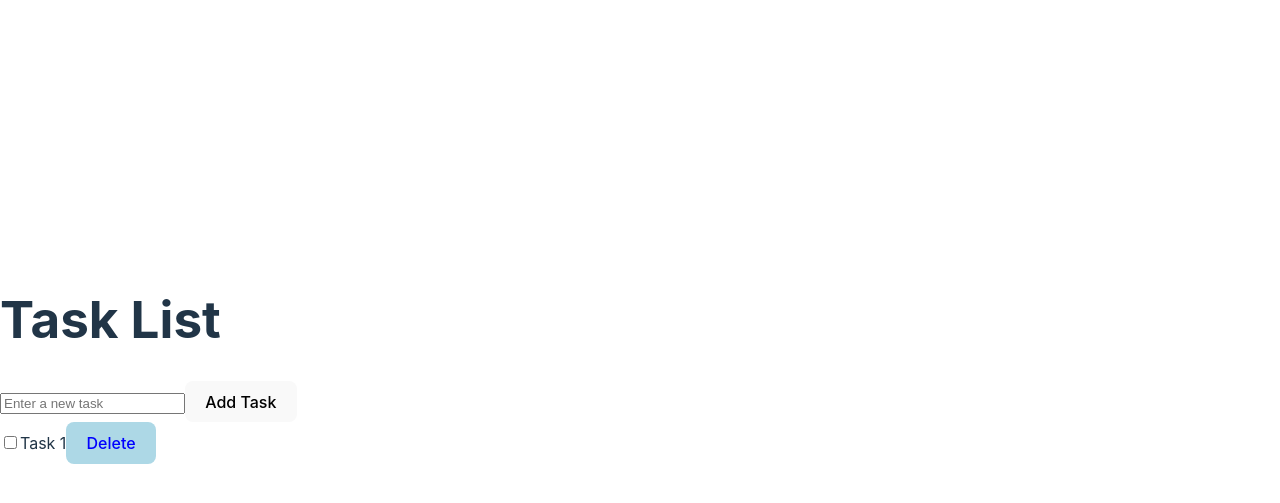
Repository: alemunden/Frontend-Lab4
Page: / (app in web-app/)
An editor plug-in stored every save of this project. The page is shown before and after the next save, followed by the edit.
The browser window is 1280 px wide. The pictures show the whole page.
The project was rebuilt for these pictures with package versions that can differ from the ones it lists, and the page was loaded fresh each time. Also part of the build but not shown: web-app/vite.config.js.

Above is the page before, as saved 2024-10-19 20:36:05.

After the next save:
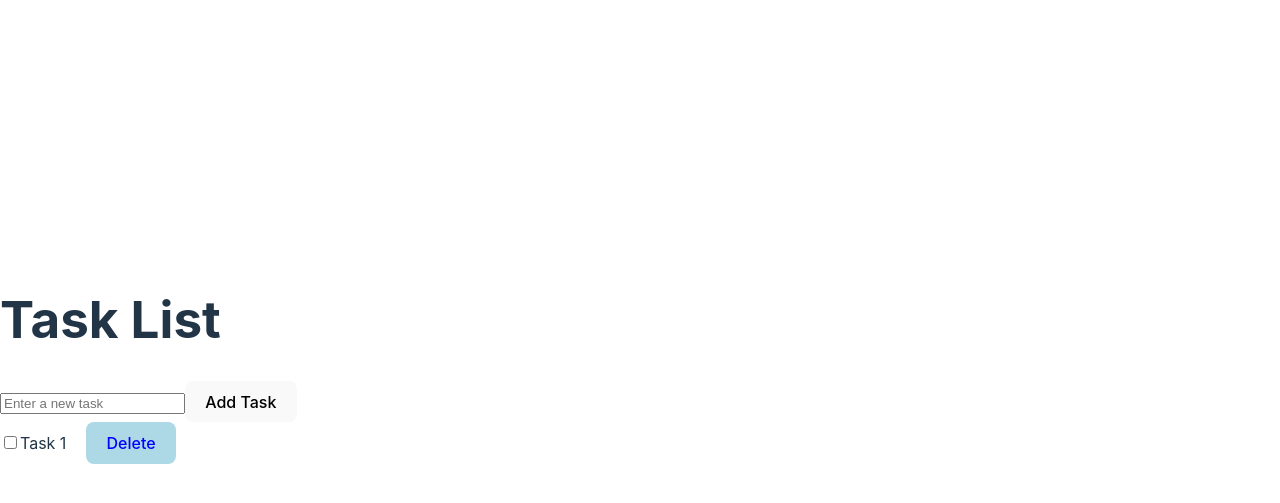
Saved 9 s later.
--- a/web-app/src/components/Task.jsx
+++ b/web-app/src/components/Task.jsx
@@ -14,7 +14,7 @@ function Task({ taskName, onDelete }) {
         onChange={toggleCompletion}
       />
       {taskName}
-      <button onClick={onDelete} id='deleteButton' style={{color: 'blue', backgroundColor: 'lightblue', marginRight: 20}}>Delete</button>
+      <button onClick={onDelete} id='deleteButton' style={{color: 'blue', backgroundColor: 'lightblue', marginLeft: 20}}>Delete</button>
     </div>
   );
 }
